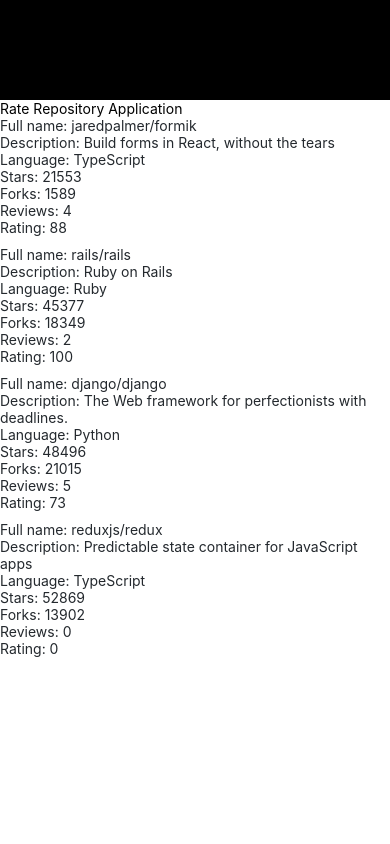
Repository: OrmeSile/react-native-FSO
Screen: / (app in rate-repository-app/)
The author's editor kept a copy of each file at every save. The screen is drawn from the files as they stood at one save, then again after a run of saves.
The app was drawn by React Native's web renderer in a window 390 px wide. The project was rebuilt for these pictures with package versions that can differ from the ones it lists, and the page was loaded fresh each time. Some packages were replaced by stand-ins written for this rebuild.

Above is the screen before, as saved 2022-05-15 16:26:33.

After the next 2 saves:
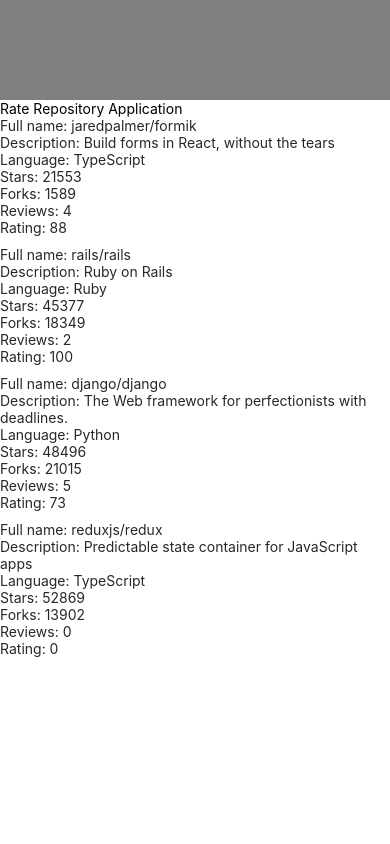
The 2 saves are shown as one change because they came seconds apart.
The last was saved 14 s later.
--- a/rate-repository-app/src/components/AppBar.jsx
+++ b/rate-repository-app/src/components/AppBar.jsx
@@ -5,7 +5,8 @@
   container: {
     paddingTop: Constants.statusBarHeight,
     height: 100,
-    backgroundColor: 'black'
+    backgroundColor: 'black',
+    opacity: 0.5
     // ...
   },
   // ...
